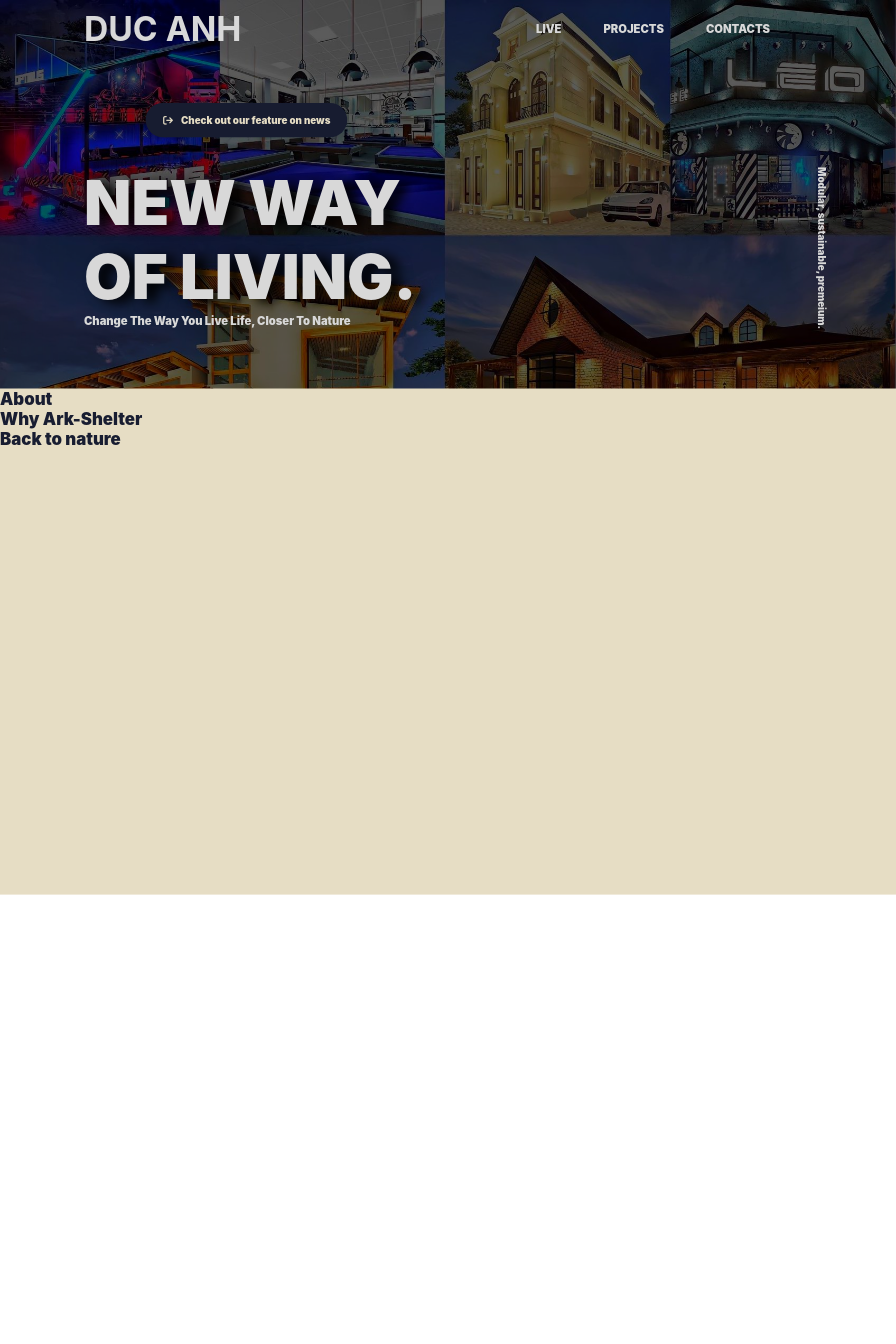
Repository: Ethanxcode/DucAnhNguyen
Page: index.html
The author's editor kept a copy of each file at every save. The page is drawn from the files as they stood at one save, then again after the next save.
The browser window is 1280 px wide. The pictures show the part of the page from y = 0 to 1920 px (the page is 10000 px tall), at 70% of full size.

Above is the page before, as saved 2023-01-14 01:34:39.

### index.html
<!DOCTYPE html>
<html lang="en">
	<head>
		<meta charset="UTF-8" />
		<meta http-equiv="X-UA-Compatible" content="IE=edge" />
		<meta name="viewport" content="width=device-width, initial-scale=1.0" />
		<link rel="stylesheet" href="./style.css" />
		<link
			rel="stylesheet"
			href="https://cdnjs.cloudflare.com/ajax/libs/font-awesome/6.2.1/css/all.min.css"
		/>
		<!-- <link rel="stylesheet" type="text/css" href="/css/fonts.css" /> -->
		<title>DucAnhNguyen</title>
	</head>
	<body>
		<div id="root">
			<section class="container bgimage header">
				<div
					class="bg-image-holder"
					style="
						background-image: url(./Assets/241194850_2108411145980762_7904081432669109629_n.jpg);
					"
				></div>
				<nav class="navigation content-above">
					<ul class="headerMenu">
						<li>
							<a href=""><h2 class="textLogo">Duc Anh</h2></a>
						</li>
						<li class="subHeaderMenu">
							<ul>
								<li>
									<a href="#" class="inter-black-iron-16px">Live</a>
								</li>
								<li>
									<a href="#" class="inter-black-iron-16px">Projects</a>
								</li>
								<li>
									<a href="#" class="inter-black-iron-16px">Contacts</a>
								</li>
							</ul>
						</li>
					</ul>
				</nav>
				<nav class="heroSubNavigation">
					<button class="btn inter-black-almod-16px" style="margin-left: 88px">
						<i class="icon-margin-8px fa-solid fa-arrow-right-from-bracket"></i>
						Check out our feature on news
					</button>
					<h1 class="heroTitle">
						New way <br />
						of living.
					</h1>
					<p class="inter-black-iron-16px" style="text-transform: capitalize">
						change the way you live life, closer to nature
					</p>
					<p class="childrenSubNav">Modular, sustainable, premeium.</p>
				</nav>
			</section>

			<section class="AboutSection content-above">
				<header class="HeaderSection">
					<ul class="HeaderSectionMenu">
						<li>
							<h4 class="inter-black-eerie-black-24px">About</h4>
						</li>
						<li>
							<h4 class="inter-black-eerie-black-24px">Why Ark-Shelter</h4>
						</li>
						<li>
							<h4 class="inter-black-eerie-black-24px">Back to nature</h4>
						</li>
					</ul>
				</header>
				<div class="row">
					<div class="flex-col-1 flex-col">
						<div class="g"></div>
					</div>
				</div>
			</section>
		</div>
	</body>
</html>

### style.css
* {
	padding: 0;
	margin: 0;
	box-sizing: border-box;
}

html {
	height: 10000px;
}

:root {
	--custom-color-one: rgb(32, 45, 99, 01);
	--custom-color-two: rgb(232, 198, 113);
	--black: rgba(0, 0, 0, 1);
	--mirage: rgba(23, 28, 48, 1);
	--eerie-black: rgba(24, 29, 49, 1);
	--tundora-2: rgba(67, 66, 66, 0.8);
	--tundora: rgba(67, 66, 66, 0.8);
	--pablo: rgba(120, 113, 108, 1);
	--iron: rgba(216, 216, 216, 1);
	--almod: rgba(230, 221, 196, 1);

	--font-size-xxs: 16px;
	--font-size-xs: 22px;
	--font-size-s: 24px;
	--font-size-m: 28px;
	--font-size-l: 32px;
	--font-size-xl: 36px;
	--font-size-xxl: 48px;
	--font-size-xxxl: 128px;

	--font-family-inter: 'Inter';
	--font-family-roboto: 'Roboto';
}

.root {
	max-width: 1920px;
	max-height: 10000px;
}

.col {
	float: left;
	padding-left: 8px;
	padding-right: 8px;
}

.col-third {
	width: 33.33333%;
}

.col-half {
	width: 50%;
}

.col-full {
	width: 100%;
}

.col-sm-12 {
	position: relative;
	width: 100%;
	padding-right: 15px;
	padding-left: 15px;
}

.mt-8 {
	margin-top: 8px;
}

.mt-16 {
	margin-top: 16px;
}

.mt-32 {
	margin-top: 32px;
}

.row {
	display: flex;
	flex-wrap: wrap;
	width: 100%;
	margin-right: -15px;
	margin-left: -15px;
}

.first-sub-row {
	width: 100%;
	/* padding: 0 15px; */
	margin: 0 auto;
	flex: wrap;
	display: flex;
}

.second-sub-row {
	width: 100% !important;
	/* padding: 0 15px; */
	margin: 0 auto;
	justify-content: space-between;
}

/* Classes */
.inter-black-iron-16px {
	color: var(--iron);
	font-family: var(--font-family-inter);
	font-size: var(--font-size-xxs);
	font-weight: 900;
	font-style: normal;
	text-transform: uppercase;
	user-select: none;
}

.inter-black-iron-24px {
	color: var(--iron);
	font-family: var(--font-family-inter);
	font-size: var(--font-size-s);
	font-weight: 900;
	font-style: normal;
	user-select: none;
}

.inter-black-eerie-black-24px {
	color: var(--eerie-black);
	font-family: var(--font-family-inter);
	font-size: var(--font-size-s);
	font-weight: 900;
	font-style: normal;
}

.inter-medium-black-24px {
	color: var(--black);
	font-family: var(--font-family-inter);
	font-size: var(--font-size-s);
	font-weight: 500;
	font-style: normal;
}

.inter-medium-black-32px {
	color: var(--black);
	font-family: var(--font-family-inter);
	font-size: var(--font-size-l);
	font-weight: 500;
	font-style: normal;
}

.inter-medium-tundora-28px {
	color: var(--tundora);
	font-family: var(--font-family-roboto);
	font-size: var(--font-size-m);
	font-weight: 500;
	font-style: normal;
}

.inter-medium-tundora-28px-2 {
	color: var(--tundora-2);
	font-family: var(--font-family-inter);
	font-size: var(--font-size-m);
	font-weight: 500;
	font-style: normal;
}

.inter-medium-tundora-28px-2 {
	color: var(--tundora);
	font-family: var(--font-family-inter);
	font-size: var(--font-size-m);
	font-weight: 500;
	font-style: normal;
}

.btn {
	text-decoration: none;
	padding: 16px 24px;
	margin: 0;
	background-color: var(--mirage);
	color: var(--almod);
	font-weight: 500;
	display: inline-block;
	box-shadow: 0 4px 30px rgb(0 0 0 / 10%);
	transition: 0.3s ease;
	border: none;
	/* position: relative; */
	text-align: center;
	border-radius: 100px;
	font-family: var(--font-family-inter);
	font-size: 14px;
	font-weight: 900;
	font-style: normal;
}
.icon-margin-8px {
	margin-right: 8px;
}
.btn:hover {
	background-color: rgba(11, 16, 41, 0.85);
	color: rgb(233, 200, 117);
	cursor: pointer;
}

.btn:hover:before {
	opacity: 0.07;
	visibility: visible;
}

.btn:hover {
	/* color: #212529; */
	text-decoration: none;
}

.btn--xs {
	line-height: 42px;
	padding: 0 19px;
	font-size: 15px;
	margin: 0px 8px;
}

.btn--news-xs {
	line-height: 36px;
	padding: 6px 20px;
	font-size: 15px;
}

.btn--news-xs > a {
	line-height: 36px;
	/* padding: 4px 16px; */
	font-size: 20px;
	color: #fff;
	font-weight: 400;
}

.news-btn {
	margin-top: 16px;
}

.btn-form--xs {
	line-height: 36px;
	padding: 0 19px;
	font-size: 15px;
}

.btn--lg,
.btn-lg {
	line-height: 55px;
	font-size: 16px;
	min-width: 195px;
}

.heroTitle {
	color: var(--iron);
	font-family: var(--font-family-inter);
	font-size: 88px;
	font-weight: 900;
	letter-spacing: 0;
	line-height: normal;
	margin-top: 40px;
	min-height: 150px;
	text-transform: uppercase;
	/* width: 752px; */
	text-shadow: 14px 4px 16px #000;
	user-select: none;
}

.textLogo {
	text-transform: uppercase;
	color: var(--iron);
	font-family: var(--font-family-inter);
	font-size: var(--font-size-xxl);
	font-weight: 900px;
	letter-spacing: 0;
	line-height: normal;
	/* min-height: 94px; */
	/* min-width: 334px; */
	user-select: none;
}

.container {
	width: 100%;
	padding-right: 120px;
	padding-left: 120px;
	margin-right: auto;
	margin-left: auto;
}

.content-above {
	position: relative;
	z-index: 2;
	user-select: none;
}

.bg-image-holder {
	position: absolute;
	height: 100%;
	width: 100%;
	top: 0;
	left: 0;
	background-size: cover;
	/* background-position: 50% 50% !important; */
	z-index: 0;
	filter: brightness(36%) contrast(100%) saturate(180%);
	box-shadow: inset 0px -36px 100px rgba(0, 0, 0, 0.25);
	-webkit-backdrop-filter: brightness(36%) contrast(100%) saturate(180%);
	/* scale: (5px); */
	/* -webkit-transition: opacity 0.3s linear; */
}

.navigation {
	margin-bottom: 64px;
}

.heroSubNavigation {
	width: 100%;
	position: relative;
}

/* .navigation .subNavigation {
	display: table;
	vertical-align: middle;
	text-align: center;
	width: 100%;
	height: 100%;
} */

.childrenSubNav {
	color: var(--iron);
	font-family: var(--font-family-inter);
	font-size: 14px;
	font-weight: 900;
	position: absolute;
	/* margin-bottom: 61px; */
	margin-right: -130px;
	/* min-height: 27px; */
	/* min-width: 360px; */
	transform: rotate(90deg);
	/* position: relative; */
	right: 0;
	top: 62%;
}

.hero-area .hero-content .content-wrapper {
	display: table-cell;
	vertical-align: middle;
}

.headerMenu {
	align-items: center;
	display: flex;
	justify-content: space-between;
}

.headerMenu > li {
	display: inline-block;
	/* padding: 12px 0; */
	/* margin-right: 30px; */
	list-style: none;
}

a {
	text-decoration: none;
}

.subHeaderMenu > ul {
	flex-direction: row;
	display: flex;
}

.subHeaderMenu > ul > li {
	list-style: none;
	line-height: 34px;
	margin-right: 60px;
	padding: 24px 0;
}

subHeaderMenu > ul > li > a {
	/* gap: 0.5em; */
	text-decoration: none;
}

.subHeaderMenu > ul > li > a:hover {
	cursor: pointer;
	gap: 0.5em;
	color: var(--pablo);
	/* background-color: #fffd; */
	/* backdrop-filter: blur(10px) saturate(160%) contrast(180%); */
}

.header {
	height: 555px;
}

.AboutSection {
	background-color: var(--almod);
	height: 723px;
	/* position: relative; */
	width: 100%;
}

.section-margin-top {
	margin-top: 220px;
}

.bgimage:before {
	z-index: 1;
}

After the next save:
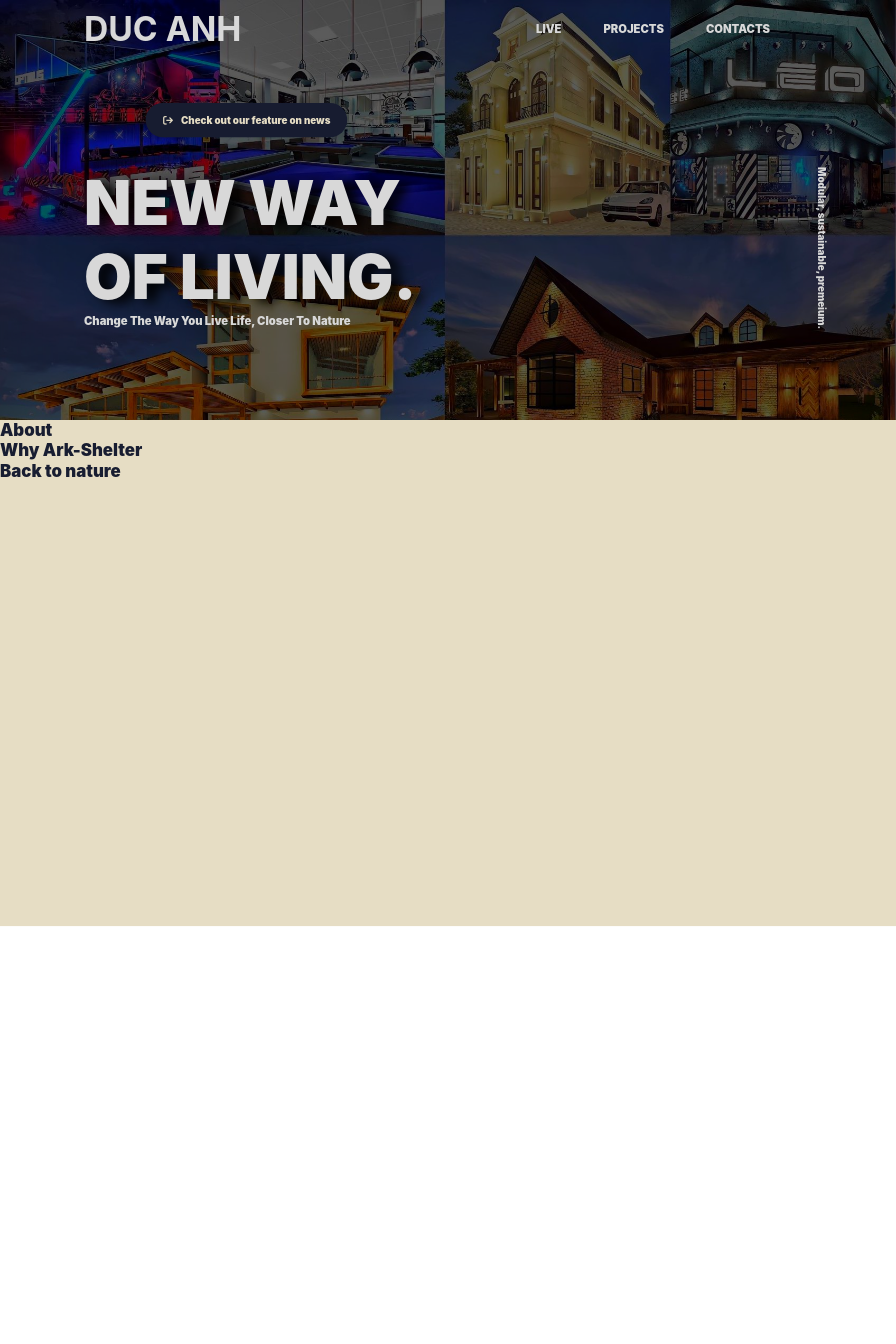
Saved 5 s later.
--- a/style.css
+++ b/style.css
@@ -381,7 +381,7 @@ subHeaderMenu > ul > li > a {
 }
 
 .header {
-	height: 555px;
+	height: 600px;
 }
 
 .AboutSection {
